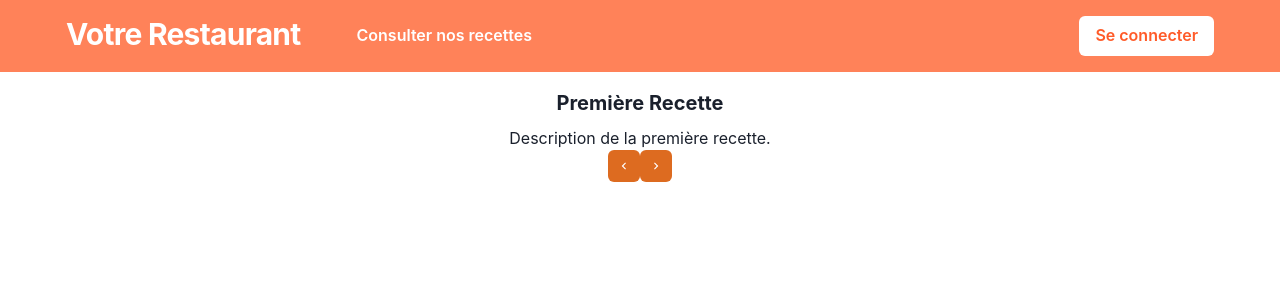
Repository: Ecaron76/tp-restau-next
Page: /
The author's editor kept a copy of each file at every save. The page is drawn from the files as they stood at one save, then again after the next save.
The browser window is 1280 px wide. The pictures show the whole page.
The project was rebuilt for these pictures with package versions that can differ from the ones it lists, and the page was loaded fresh each time. The framework's server and built-in components were replaced by stand-ins that run in the browser. Also part of the build but not shown: next.config.mjs.

Above is the page before, as saved 2024-02-25 18:51:17.

After the next save:
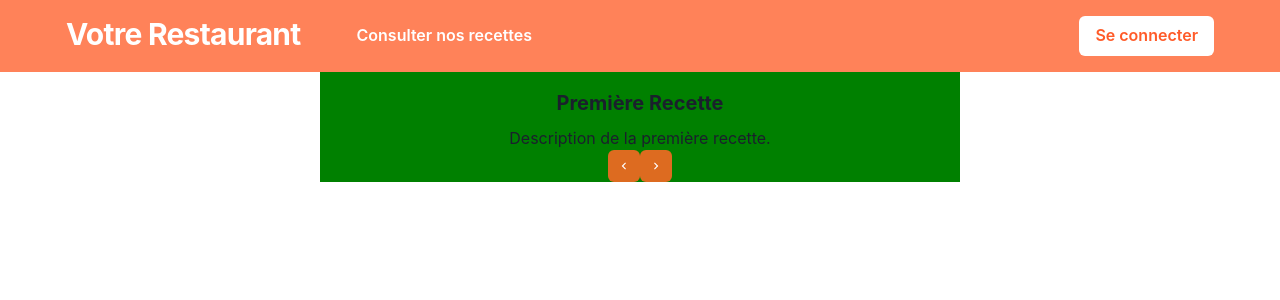
Saved 5 s later.
--- a/src/components/SliderResto/SliderResto.tsx
+++ b/src/components/SliderResto/SliderResto.tsx
@@ -18,7 +18,7 @@ export default function SliderResto() {
         setCurrentSlide((prevSlide: number) => (prevSlide - 1 + slides.length) % slides.length);
       };
   return (
-    <Box position="relative" textAlign="center" p={4} bg={'white'}>
+    <Box position="relative" textAlign="center" p={4} bg={'green'}>
       <Text fontSize="xl" fontWeight="bold" mb={2}>
         {slides[currentSlide].title}
       </Text>
